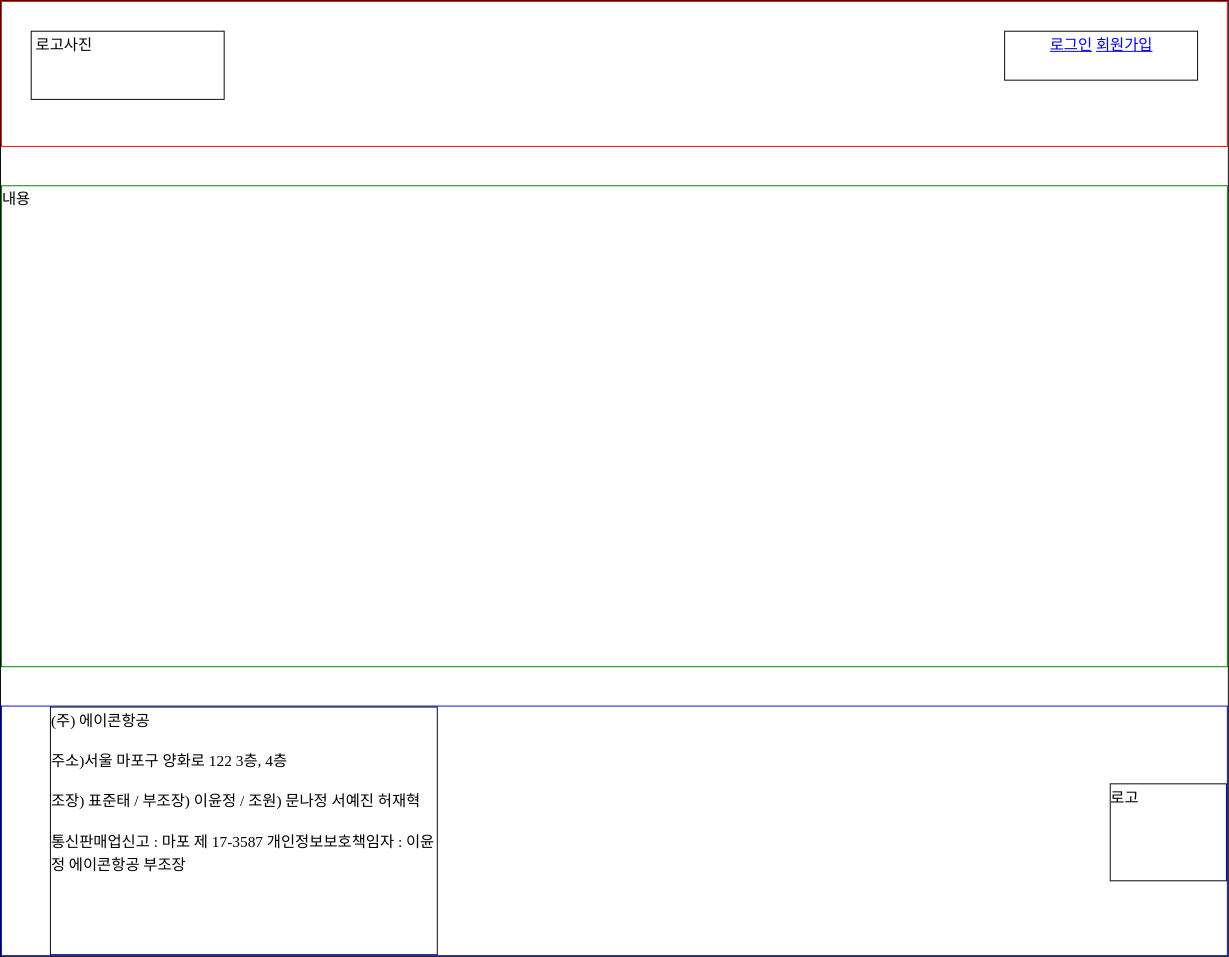
Repository: juntae710/Acorn_AirlineReservation_Project
Page: http://localhost/prj3_1/WEB-INF/views/h_index.jsp
The author's editor kept a copy of each file at every save. The page is drawn from the files as they stood at one save, then again after the next save.
The browser window is 1280 px wide. The pictures show the whole page, at 96% of full size.
The page is served by Tomcat 9. Nobody is signed in. Other server files are loaded and not shown. The template is opened directly, without the code that normally fills it, so the values that code supplies are empty.

Above is the page before, as saved 2023-09-20 01:19:01.

### Eclipse/prj3_1/src/main/webapp/WEB-INF/views/h_index.jsp
<%@ page language="java" contentType="text/html; charset=UTF-8" pageEncoding="UTF-8"%>
<!DOCTYPE html>
<html>
<head>
<meta charset="UTF-8">
<title>Insert title here</title>
<style>
* {
	margin: 0;
}

main {
	border: 1px solid black;
}

header {
	border: 1px solid red;
	height: 150px;
	display: flex;
	position: relative;
}

.headerimg {
	width: 200px;
	height: 70px;
	border: 1px solid black;
	position: absolute;
	left: 30px;
	top: 30px;
}

.headerAtag {
	width: 200px;
	height: 50px;
	border: 1px solid black;
	position: absolute;
	right: 30px;
	top: 30px;
	text-align: center;
}

section {
	border: 1px solid green;
	height: 500px;
	margin-top: 40px;
}

footer {
	border: 1px solid blue;
	height: 259px;
	margin-top: 40px;
	margin-bottom: 0px;
	display: flex;
}


.footer_info{
border: 1px solid black;
margin-left: 50px;
width: 1000px;


}
.footer_img{
border: 1px solid black;
width: 300px;
height: 100px;
margin-left: 700px;
margin-top: 80px;
}
</style>
</head>
<body>
	<main>
		<header>
			<div class="headerimg">
				<img src="" alt=""> 로고사진
			</div>

			<%
			String id = (String) session.getAttribute("id");
			%>

			<div class="headerAtag">
				<%
				if (id == null) {
				%>
				<a href="<%=request.getContextPath()%>/h_login">로그인</a>
				<%
				%>
				<a href="<%=request.getContextPath()%>/l_join">회원가입</a>
				<%
				} else {
				%>
				<p>아이디: <%=id%>님 </p>
				<a href="<%=request.getContextPath()%>/h_logOut">로그아웃</a>
				<a href="<%=request.getContextPath()%>/UUA.do">마이페이지</a>

				<%
				}
				%>
			</div>

		</header>

		<section>내용</section>



		<footer>
		<div class="footer_info">(주) 에이콘항공 <br><br>
			 주소)서울 마포구 양화로 122 3층, 4층 <br><br>
			조장) 표준태 / 부조장) 이윤정 / 조원) 문나정 서예진 허재혁 <br><br>
			통신판매업신고 : 마포 제 17-3587 개인정보보호책임자 : 이윤정 에이콘항공 부조장
		 </div>
		<div class="footer_img"><img alt="" src="">로고</div>
		</footer>
	</main>
</body>
</html>

After the next save:
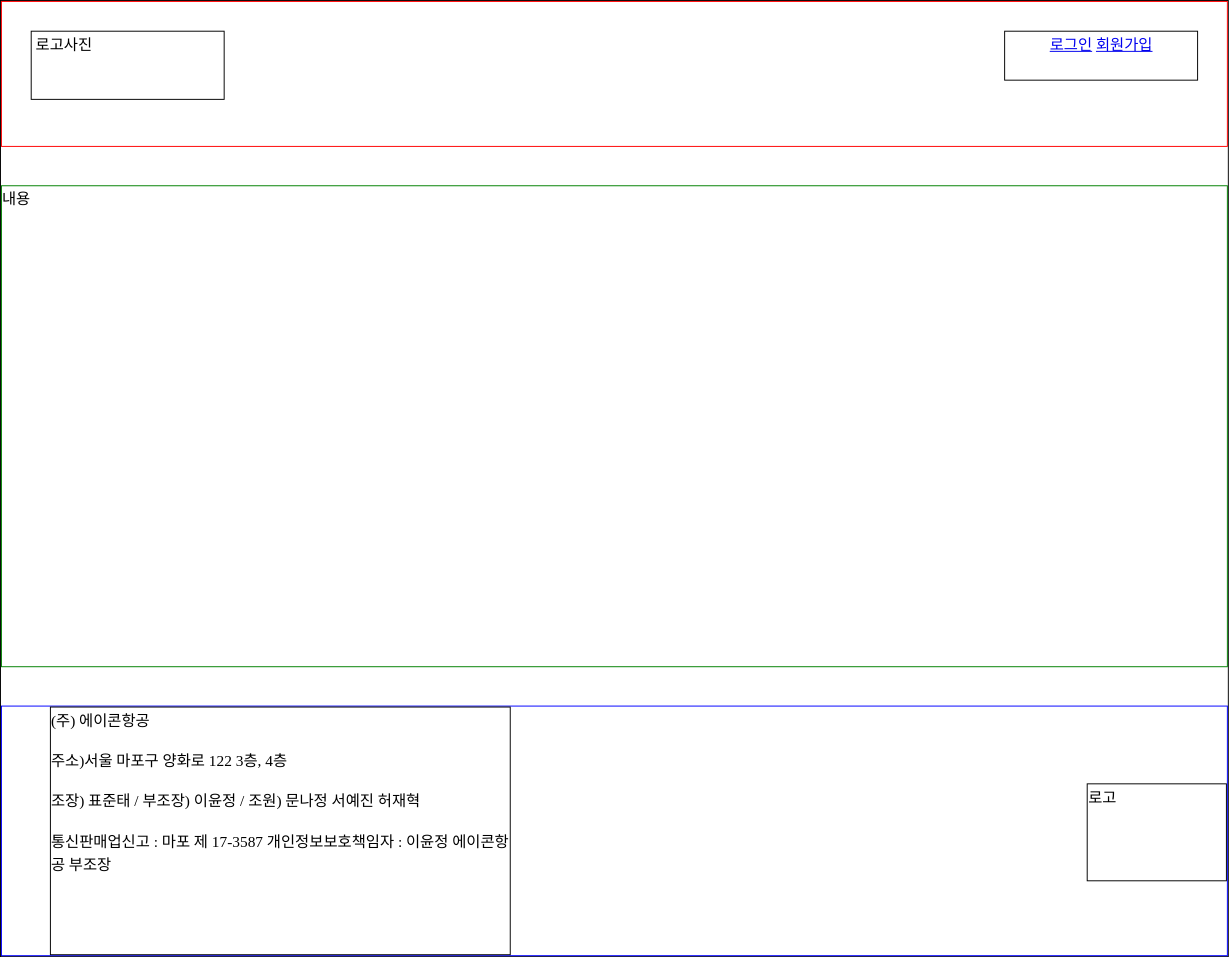
Saved 8 s later.
--- a/Eclipse/prj3_1/src/main/webapp/WEB-INF/views/h_index.jsp
+++ b/Eclipse/prj3_1/src/main/webapp/WEB-INF/views/h_index.jsp
@@ -65,7 +65,7 @@ width: 1000px;
 border: 1px solid black;
 width: 300px;
 height: 100px;
-margin-left: 700px;
+margin-left: 600px;
 margin-top: 80px;
 }
 </style>
